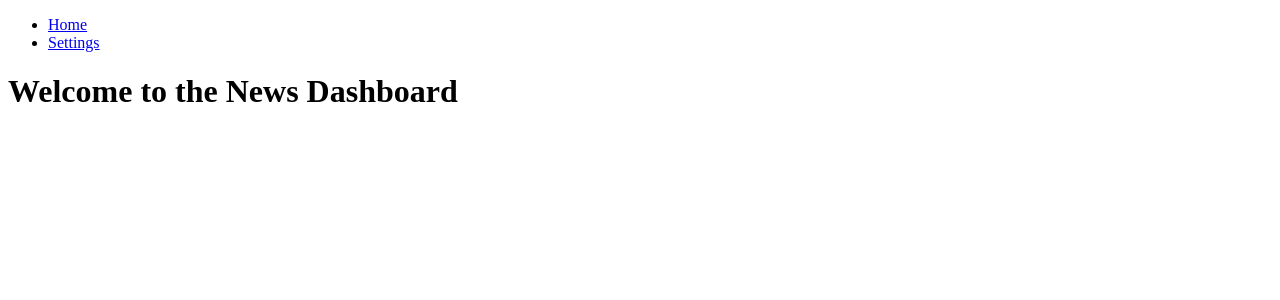
Repository: ErikBaer/News-of-the-World
Page: settings.html
The author's editor kept a copy of each file at every save. The page is drawn from the files as they stood at one save, then again after the next save.
The browser window is 1280 px wide. The pictures show the whole page.

Above is the page before, as saved 2020-01-19 12:49:41.

After the next save:
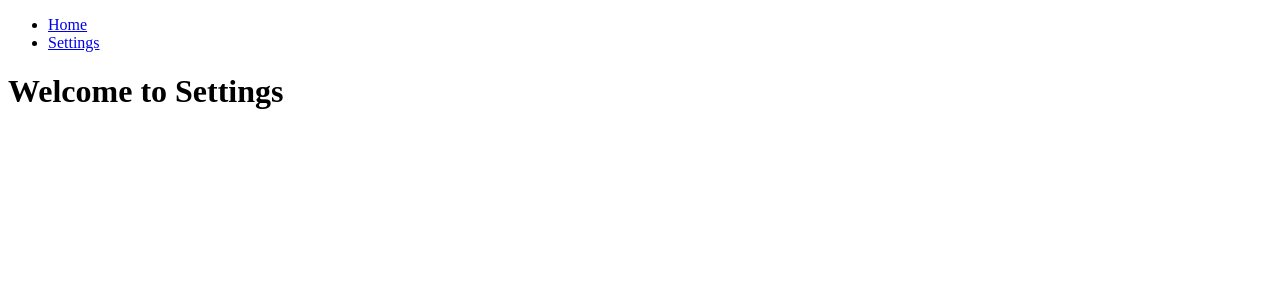
Saved 13 s later.
--- a/settings.html
+++ b/settings.html
@@ -11,7 +11,7 @@
             </ul>
         </nav>
         <main>
-            <h1>Welcome to the News Dashboard</h1>
+            <h1>Welcome to Settings</h1>
         </main>
     </body>
 </html>
